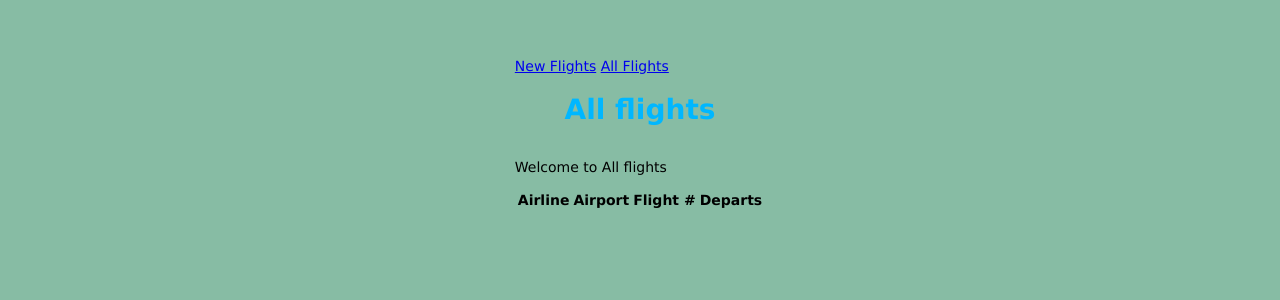
Repository: jmendoza13/mongoose-flights
Page: http://localhost/flights
These files come from the project's save history. The page is drawn as it stood at one moment and after the next save; the edit follows.
The browser window is 1280 px wide. The pictures show the whole page.
The page is served by the project's Node server (server.js). Other server files are loaded and not shown. Queries for data that is not in the repository find no rows.

Above is the page before, as saved 2022-07-18 16:02:22.

### views/flights/index.ejs
<%- include('../partials/header') %>
   <h1>
      <%= title %>
   </h1>
   <p>
      Welcome to <%= title %>
   </p>
   <table>
      <tr>
         <th>Airline</th>
         <th>Airport</th>
         <th>Flight #</th>
         <th>Departs</th>
      </tr>
   <tbody>
   <% flights.forEach(function(f) { %>
      <tr>
         <td><%=f.airline %></td>
         <td><%=f.airport %></td>
         <td><%=f.flightNo %></td>
         <td><%=f.departs %></td>
      </tr>
      <% }); %>
   </tbody>
</table>
      <%- include('../partials/footer') %>

### views/Partials/header.ejs
<!DOCTYPE html>
<html lang="en">

<head>
    <meta charset="UTF-8">
    <meta http-equiv="X-UA-Compatible" content="IE=edge">
    <meta name="viewport" content="width=device-width, initial-scale=1.0">
    <link rel='stylesheet' href='/stylesheets/style.css' />
    <title>Flights</title>
</head>

<body>
    <nav>
        <a href="/flights/new">New Flights</a>
        <a href="/flights">All Flights</a>
    </nav>

### server.js
var createError = require('http-errors');
var express = require('express');
var path = require('path');
var cookieParser = require('cookie-parser');
var logger = require('morgan');
require('dotenv').config();

require('./config/database');
var indexRouter = require('./routes/index');
var flightsRouter = require('./routes/flights');

var app = express();

// view engine setup
app.set('views', path.join(__dirname, 'views'));
app.set('view engine', 'ejs');

app.use(logger('dev'));
app.use(express.json());
app.use(express.urlencoded({ extended: false }));
app.use(cookieParser());
app.use(express.static(path.join(__dirname, 'public')));

app.use('/', indexRouter);
app.use('/flights', flightsRouter);

// catch 404 and forward to error handler
app.use(function(req, res, next) {
  next(createError(404));
});

// error handler
app.use(function(err, req, res, next) {
  // set locals, only providing error in development
  res.locals.message = err.message;
  res.locals.error = req.app.get('env') === 'development' ? err : {};

  // render the error page
  res.status(err.status || 500);
  res.render('error');
});

module.exports = app;

### controllers/flights.js
const Flight = require('../models/flight');

module.exports = {
    index,
    new: newFlight,
    create
};

function index(req, res) {
    Flight.find({}, function(err, flights) {
      res.render('flights/index', { title: 'All flights', flights });
    });
  }

  function create(req, res) {
    console.log(req.body)
      for (let key in req.body) {
          if (req.body[key] === '') delete req.body[key];
      }
      var flight = new Flight(req.body);
      flight.save(function(err) {
          // one way to handle errors
          if (err) return res.redirect('/flights/new');
          console.log(flight);
          // for now, redirect right back to new.ejs
          res.redirect('/flights');
      });
  }



function newFlight(req, res) {
    res.render('flights/new');
}

### public/stylesheets/style.css
body {
  padding: 50px;
  font: 14px "Lucida Grande", Helvetica, Arial, sans-serif;
  display: grid;
  justify-content: center;
  background-color: rgb(135, 188, 164);
  grid-template-areas:
    "nav"
    "main"
}
s
nav, h1 {
  display: flex;
  color: #00B7FF;
  justify-content: center;
  align-items: center;
}

Loaded but not shown: views/Partials/footer.ejs (common file)

After the next save:
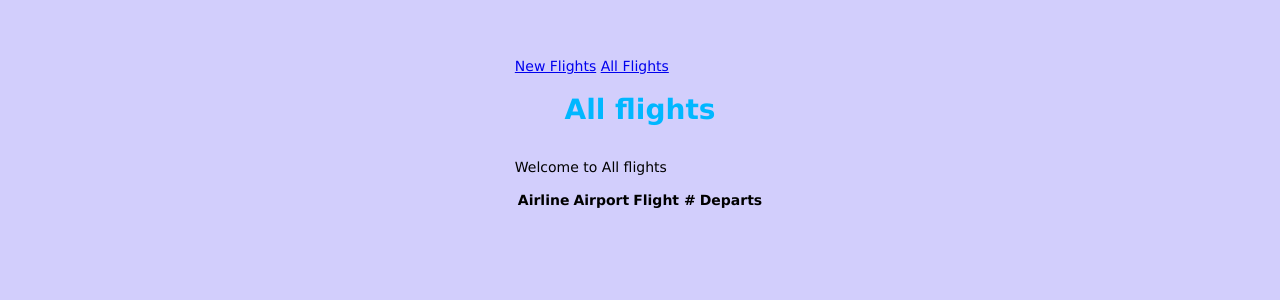
Saved 20 s later.
--- a/public/stylesheets/style.css
+++ b/public/stylesheets/style.css
@@ -3,7 +3,7 @@ body {
   font: 14px "Lucida Grande", Helvetica, Arial, sans-serif;
   display: grid;
   justify-content: center;
-  background-color: rgb(135, 188, 164);
+  background-color: rgb(210, 206, 252);
   grid-template-areas:
     "nav"
     "main"
